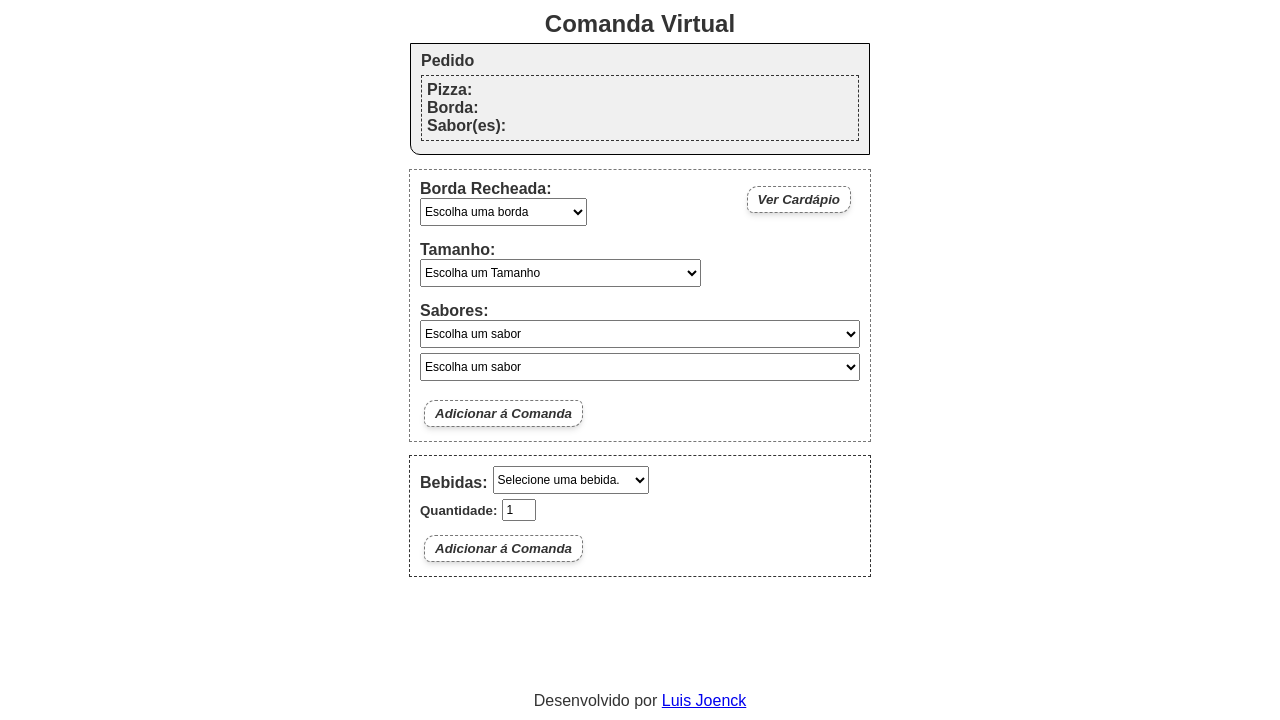
Repository: Joenck91/front-comanda-virtual
Page: index.html
These files come from the project's save history. The page is drawn as it stood at one moment and after the next save; the edit follows.
The browser window is 1280 px wide. The pictures show the whole page.
After loading, the first visible `form.unit-pizza-box` was submitted once.

Above is the page before, as saved 2025-10-05 14:34:31.

After the next save:
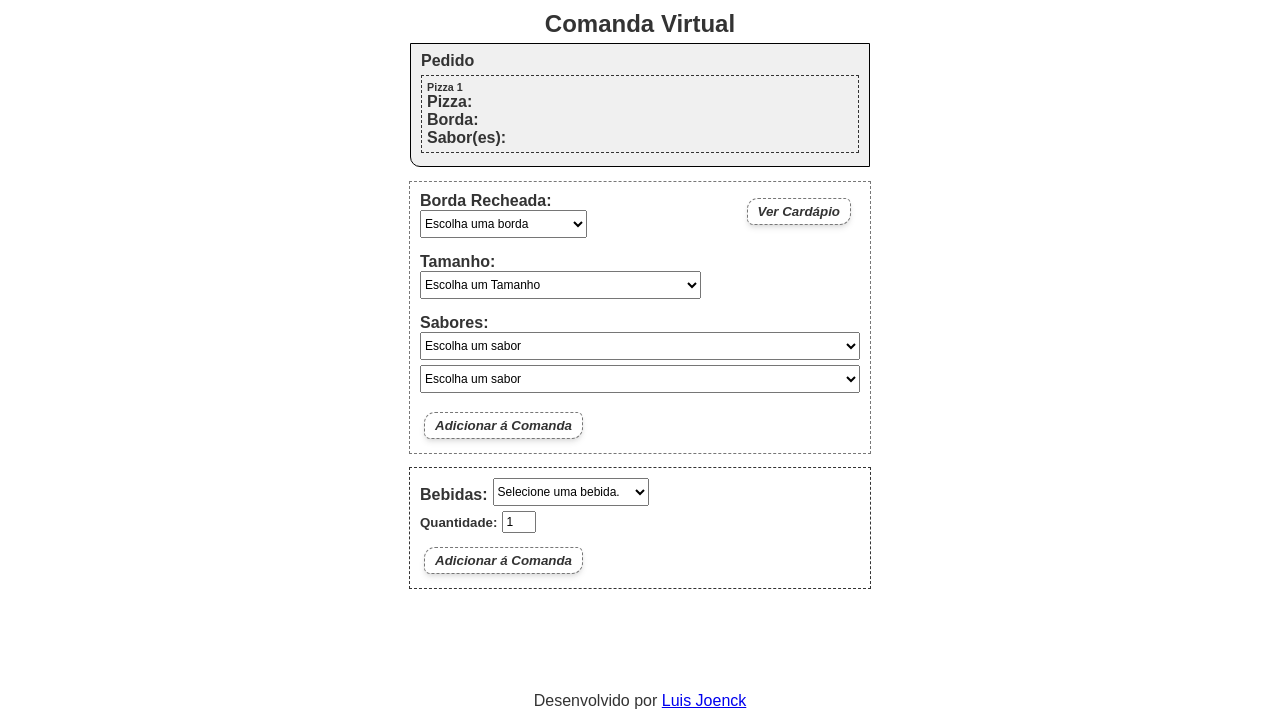
Saved 45 s later.
--- a/script/interface/command-box/show-items.js
+++ b/script/interface/command-box/show-items.js
@@ -9,7 +9,7 @@ export default function showItems(notedOrder){
         const pizzaDiv = document.createElement('div');
         pizzaDiv.classList.add('ordered-item');
         pizzaDiv.innerHTML = `
-            <!--h4>Pizza ${index + 1}</h4-->
+            <h6>Pizza ${index + 1}</h6>
             <p><strong>Pizza:</strong> ${pizza.pizza}</p>
             <p><strong>Borda:</strong> ${pizza.borda}</p>
             <p><strong>Sabor(es):</strong> ${pizza.sabores.join(', ')}</p>
